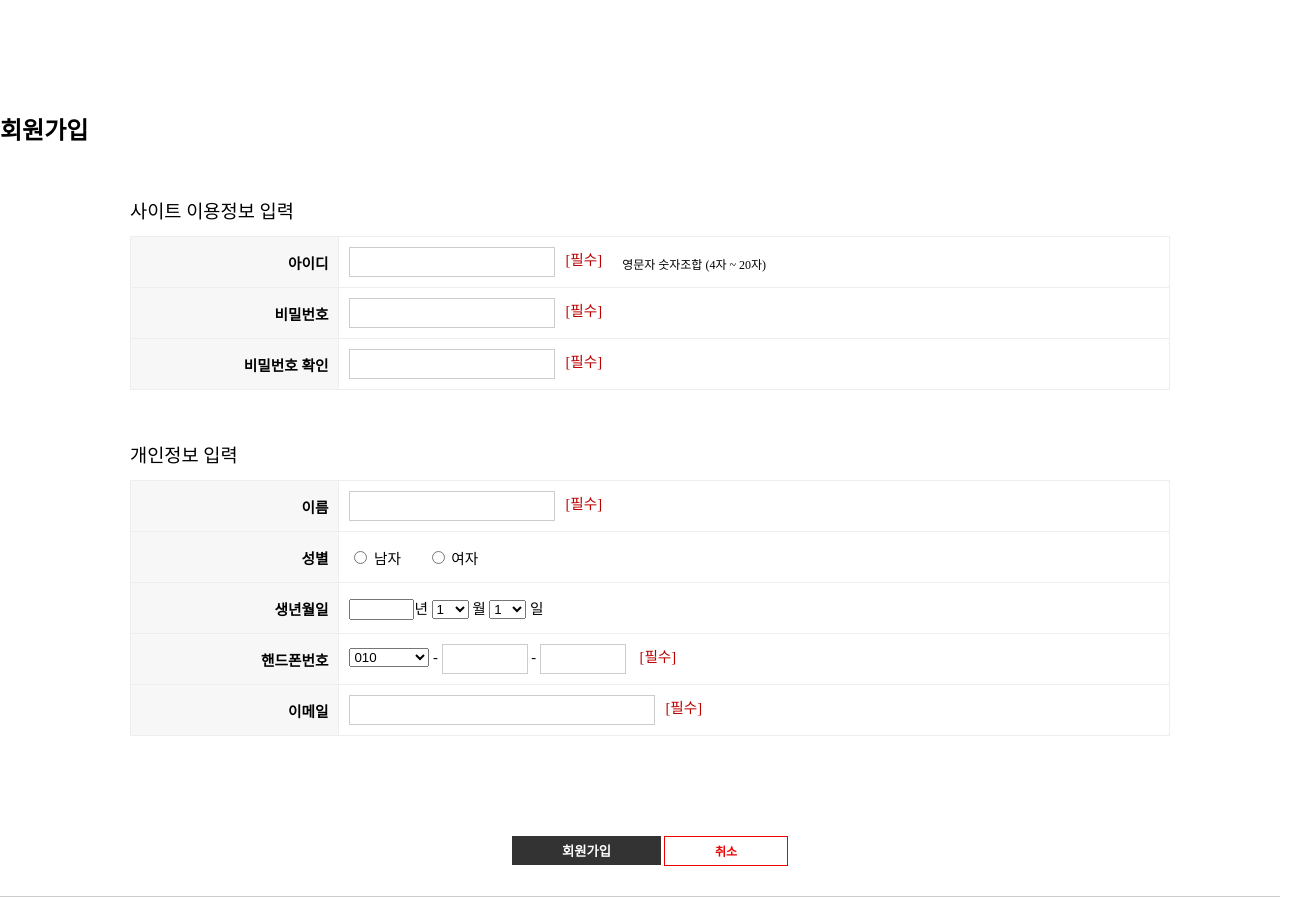
Repository: s163332/mealkit_web
Page: http://localhost/mealkitserver/Login/register.jsp
An editor plug-in stored every save of this project. The page is shown before and after the next save, followed by the edit.
The browser window is 1280 px wide. The page is 1300 px wide, so the pictures cover 1300 px, including what lies to the right of the window. The pictures show the whole page.
The page is served by Tomcat 9.

Above is the page before, as saved 2021-05-25 09:16:34.

After the next save:
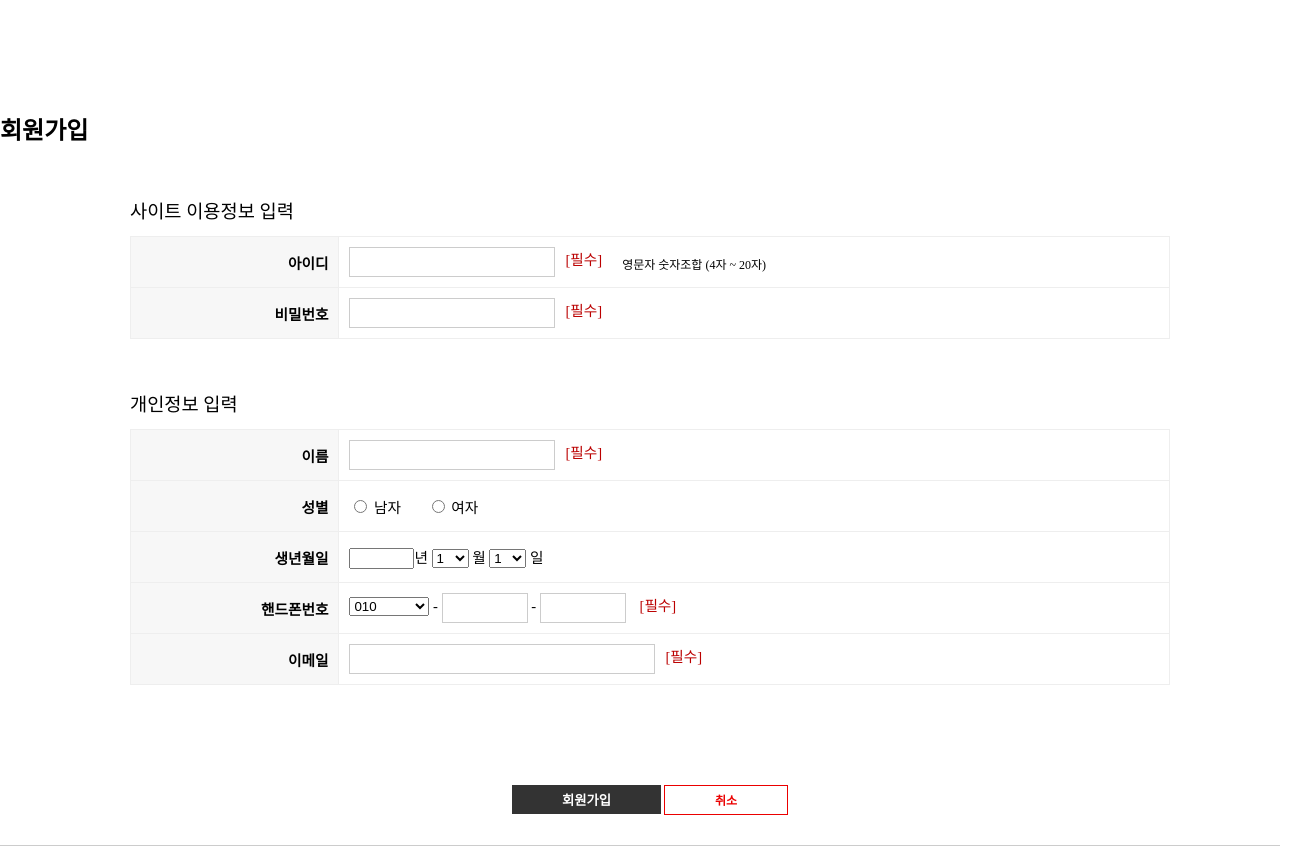
Saved 67 s later.
--- a/mealkitserver/WebContent/Login/register.jsp
+++ b/mealkitserver/WebContent/Login/register.jsp
@@ -38,12 +38,6 @@
 							<td width=20% class=Join1>비밀번호</td>
 							<td width=80% class=Join2>
 								<input type=password name=MbPassword id=MbPassword class=Input1 style="width:200px;" required><span style="color:#bb0000; padding-left:10px;">[필수]</span>
-							</td>
-						</tr>
-						<tr height=50>
-							<td width=20% class=Join1>비밀번호 확인</td>
-							<td width=80% class=Join2>
-								<input type=password name=MbPasswordRe id=MbPasswordRe class=Input1 style="width:200px;" required><span style="color:#bb0000; padding-left:10px;">[필수]</span>
 							</td>
 						</tr>
 					</table>
